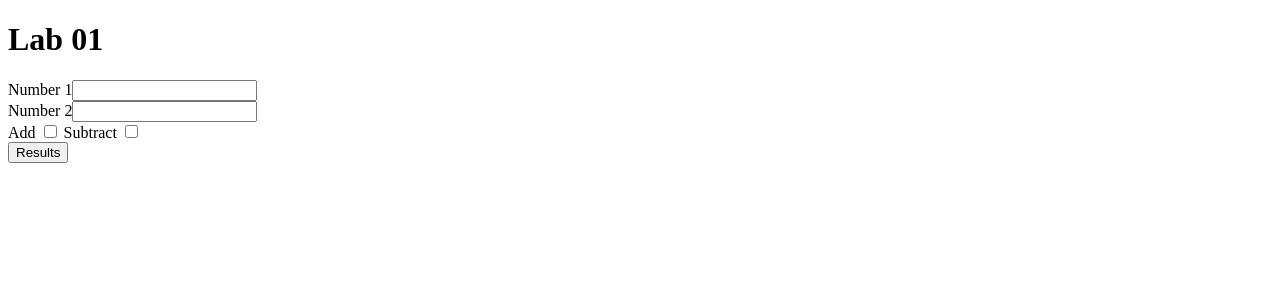
Repository: ravinforu/HTML5_CSS3_JS_Frameworks_Jul_2012-1
Page: Day01/WebContent/lab02.html
These files come from the project's save history. The page is drawn as it stood at one moment and after the next save; the edit follows.
The browser window is 1280 px wide. The pictures show the whole page.

Above is the page before, as saved 2012-07-20 07:17:47.

After the next save:
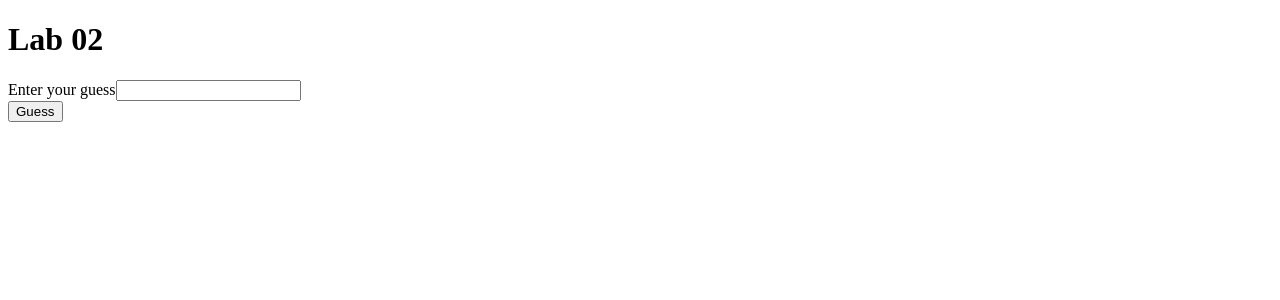
Saved 33 s later.
--- a/Day01/WebContent/lab02.html
+++ b/Day01/WebContent/lab02.html
@@ -7,16 +7,10 @@
 	</script>
 </head>
 <body>
-	<h1>Lab 01</h1>
-	Number 1<input type="text" id="num1"><br/>
-	Number 2<input type="text" id="num2"><br/>
-	Add <input type="checkbox" id="addChk" onchange="addChkChanged()">
-	Subtract <input type="checkbox" id="subtractChk" onchange="subtractChkChanged()">
-	<br/>
-	<input type="button" value="Results" onclick="computeResults();">
-	<h5 id="results">
-
-	</h5>
-
+	<h1>Lab 02</h1>
+	Enter your guess<input type="text" id="guess"><br/>
+	<input type="button" value="Guess" onclick="play();">
+	<h5 id="message"></h5>
+	<h5 id="attempts"></h5>
 </body>
 </html>
